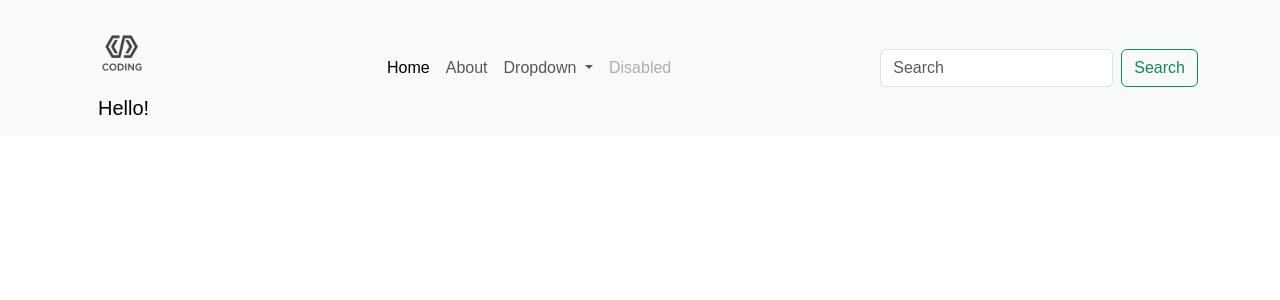
Repository: gitDominusoft/NewProject
Page: index.html
An editor plug-in stored every save of this project. The page is shown before and after the next save, followed by the edit.
The browser window is 1280 px wide. The pictures show the whole page.

Above is the page before, as saved 2024-12-09 15:23:31.

### index.html
<!DOCTYPE html>
<html lang="en">

<head>
    <meta charset="UTF-8">
    <meta name="viewport" content="width=device-width, initial-scale=1.0">
    <title>Document</title>
    <!-- CSS bootstrap -->
    <link rel="stylesheet" href="css/bootstrap.min.css">
    <!-- CSS  -->
    <link rel="stylesheet" href="css/style.css">
</head>

<body>

    <!-- nis navbar -->
    <nav class="navbar navbar-expand-lg bg-body-tertiary">
        <div class="container">
            <a class="navbar-brand" href="index.html"><img src="images/logo.png" alt=""> <br>
                <span class="ps-3">Hello!</span></a>
            <button class="navbar-toggler" type="button" data-bs-toggle="collapse"
                data-bs-target="#navbarSupportedContent" aria-controls="navbarSupportedContent" aria-expanded="false"
                aria-label="Toggle navigation">
                <span class="navbar-toggler-icon"></span>
            </button>
            <div class="collapse navbar-collapse" id="navbarSupportedContent">
                <ul class="navbar-nav mx-auto mb-2 mb-lg-0">
                    <li class="nav-item">
                        <a class="nav-link active" aria-current="page" href="index.html">Home</a>
                    </li>
                    <li class="nav-item">
                        <a class="nav-link" href="about.html">About</a>
                    </li>
                    <li class="nav-item dropdown">
                        <a class="nav-link dropdown-toggle" href="#" role="button" data-bs-toggle="dropdown"
                            aria-expanded="false">
                            Dropdown
                        </a>
                        <ul class="dropdown-menu">
                            <li><a class="dropdown-item" href="#">Action</a></li>
                            <li><a class="dropdown-item" href="#">Another action</a></li>
                            <li>
                                <hr class="dropdown-divider">
                            </li>
                            <li><a class="dropdown-item" href="#">Something else here</a></li>
                        </ul>
                    </li>
                    <li class="nav-item">
                        <a class="nav-link disabled" aria-disabled="true">Disabled</a>
                    </li>
                </ul>
                <form class="d-flex" role="search">
                    <input class="form-control me-2" type="search" placeholder="Search" aria-label="Search">
                    <button class="btn btn-outline-success" type="submit">Search</button>
                </form>
            </div>
        </div>
    </nav>
    <!-- fund navbar -->

    <!-- JS Bootstrap -->
    <script src="js/bootstrap.bundle.min.js"></script>
    <!-- JS -->
    <script src="js/index.js"></script>
</body>

</html>

### css/style.css
* {
    margin: 0;
    padding: 0;
    box-sizing: border-box;
    /* border: 1px solid red; */
}

body {
    line-height: 1.5;
    font-size: 1em;
    font-family: Arial, Helvetica, sans-serif;
}

.navbar-brand img {
    width: 80px;
    height: 80px;
}

Loaded but not shown: css/bootstrap.min.css (library); js/bootstrap.bundle.min.js (library); js/index.js (no stored copy; drawn as an empty file)

After the next save:
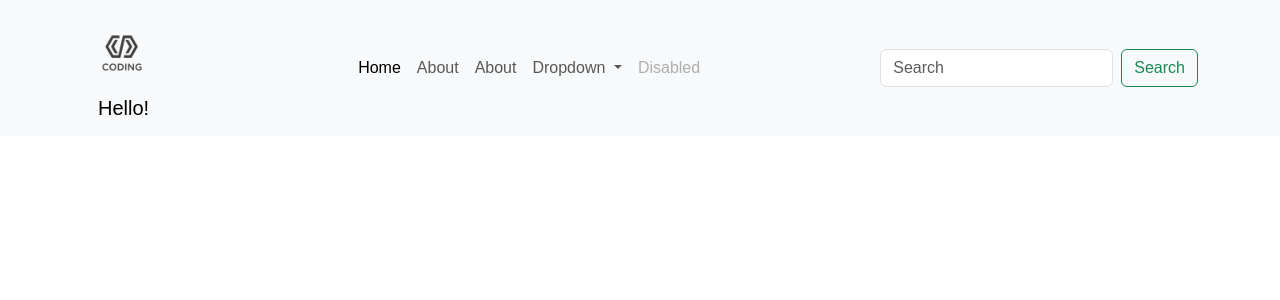
Saved 11 s later.
--- a/index.html
+++ b/index.html
@@ -27,6 +27,9 @@
                 <ul class="navbar-nav mx-auto mb-2 mb-lg-0">
                     <li class="nav-item">
                         <a class="nav-link active" aria-current="page" href="index.html">Home</a>
+                    </li>
+                    <li class="nav-item">
+                        <a class="nav-link" href="about.html">About</a>
                     </li>
                     <li class="nav-item">
                         <a class="nav-link" href="about.html">About</a>
